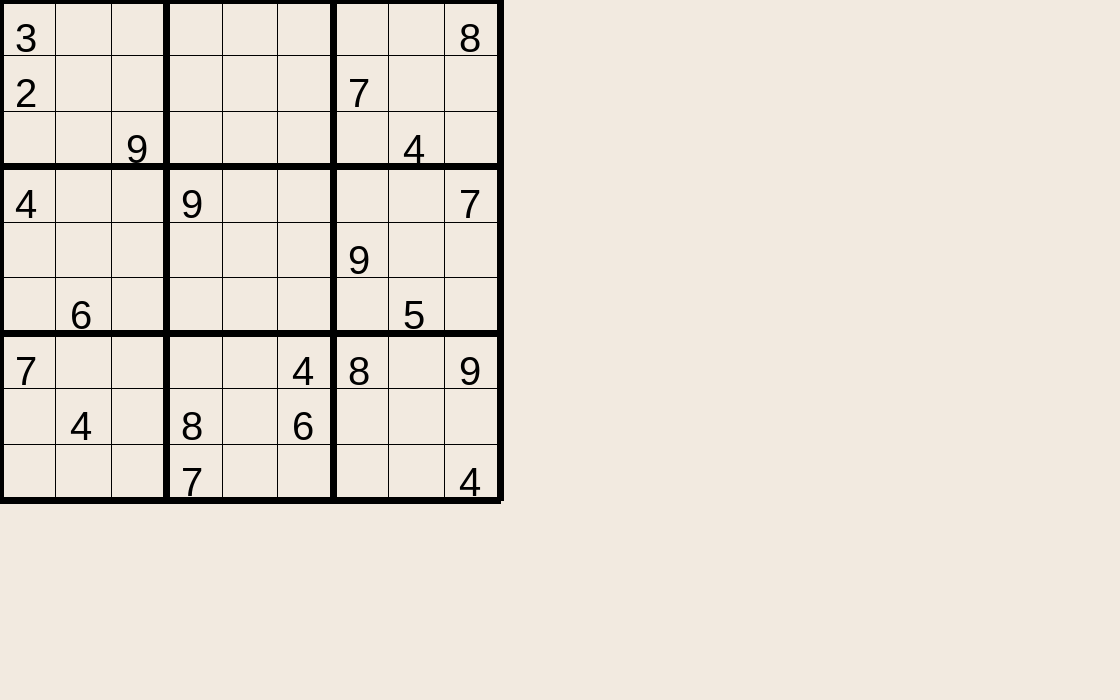
Repository: JensVL96/Puzzle-solver-for-fun
Script's output: python sudoku.py
The author's editor kept a copy of each file at every save. The script's output is drawn from the files as they stood at one save, then again after the next save.
The window is shown after at most 60 frames with no key pressed. A system font it names is replaced by a similar one. Random numbers start from a fixed seed.

Above is the script's output before, as saved 2020-10-30 01:23:25.

### sudoku.py
# -*- coding: utf-8 -*-
from __future__ import print_function
import pygame as pg
from random import sample
from config import *
from string import *
import numpy as np

dif = BOX_SIZE / 9
def get_cord(pos):
    global x
    x = pos[0]//dif
    global y
    y = pos[1]//dif

class create_board():
    def __init__(self):
        self.base  = 3  # Will generate any size of random sudoku board in O(n^2) time
        self.side  = self.base * self.base
        self.nums  = sample(range(1, self.side + 1), self.side) # random numbers
        self.board = [[self.nums[(self.base * (r%self.base) + r//self.base + c)%self.side] for c in range(self.side) ] for r in range(self.side)]
        rows  = [ r for g in sample(range(self.base),self.base) for r in sample(range(g * self.base,(g + 1) * self.base), self.base) ]
        cols  = [ c for g in sample(range(self.base),self.base) for c in sample(range(g * self.base,(g + 1) * self.base), self.base) ]
        self.board = [[self.board[r][c] for c in cols] for r in rows]

        # print("\nInput:")
        # for line in self.board: print(line)

        squares = self.side * self.side
        empties = squares * 3//4
        for p in sample(range(squares),empties):
            self.board[p//self.side][p%self.side] = 0

        self.lines()

    def expandLine(self, line):
        return line[0]+line[5:9].join([line[1:5]*(self.base-1)]*self.base)+line[9:13]

    def lines(self):
        self.line0  = self.expandLine("╔═══╤═══╦═══╗")
        self.line1  = self.expandLine("║ . │ . ║ . ║")
        self.line2  = self.expandLine("╟───┼───╫───╢")
        self.line3  = self.expandLine("╠═══╪═══╬═══╣")
        self.line4  = self.expandLine("╚═══╧═══╩═══╝")

        self.draw()

    def draw(self):
        symbol = " 1234567890ABCDEFGHIJKLMNOPQRSTUVWXYZ"
        self.nums   = [ [""]+[symbol[n] for n in row] for row in self.board ]
        print(self.line0)
        for r in range(1,self.side+1):
            print( "".join(n+s for n,s in zip(self.nums[r-1],self.line1.split("."))) )
            print([self.line2,self.line3,self.line4][(r%self.side==0)+(r%self.base==0)])

class solve_board():
    def __init__(self, board):
        self.row = []
        self.col = []
        self.cell = []
        self.row_list = []
        self.col_list = []
        self.cell_list = []

        for space in range(9):
            self.col.append([])
            self.cell.append([])

        row_idx = 0
        for line in board:

            self.row.append(line)

            cell_idx = 0
            if row_idx >= 3:
                cell_idx = 3
            if row_idx >= 6:
                cell_idx = 6


            for col_idx in range(9):

                self.col[col_idx].insert(row_idx, line[col_idx])

                if col_idx % 3 == 0:
                    for triple in range(0, 3):
                        self.cell[cell_idx].insert(len(self.cell[row_idx]) + triple, line[col_idx + triple])
                    cell_idx += 1

            self.row_list.append(self.row)
            self.col_list.append(self.col)
            self.cell_list.append(self.cell)
            row_idx += 1

        print("\nrow:")
        for row in self.row_list[0]:
            print(row)
        # print("\ncolumn:")
        # for col in self.col_list[0]:
        #     print(col)
        # print("\ncell:")
        # for cell in self.cell_list[0]:
        #     print(cell)

    def assign_flags(self, board):
        self.flags = []
        row_idx = 0
        cell_idx = 0

        print("\n")
        for line in board:
            cell_idx = 0
            if row_idx >= 3:
                cell_idx = 3
            if row_idx >= 6:
                cell_idx = 6

            for index in range(9):
                # print("position: ", index, "value: ", line[index])

                # print("row", row_idx, "col", index, "cell", cell_idx)
                if (index % 3 == 0 and index != 0):
                    cell_idx += 1

                if line[index] == 0:
                    flag_idx = 0
                    temp_flag = []
                    for value in range(1, 10):
                        # print(value)
                        if self.row_flag(value, row_idx):
                            # print("found in row")
                            pass
                        elif self.col_flag(value, index):
                            # print("found in column")
                            pass
                        elif self.cell_flag(value, cell_idx):
                            # print("found in cell")
                            pass
                        else:
                            temp_flag.append(value)
                            flag_idx += 1
                    print(temp_flag)
                    self.flags.append(temp_flag)
            row_idx += 1

    def check_row(self):
        pass

    def column(self, x):
        pass

    def cell(self, row, col):
        pass

    def row_flag(self, index, row_idx):
        for row in self.row_list[0][row_idx]:
            # print("comparing in row ", row, "with ", index, "row_idx ", row_idx)
            if row == index:
                return 1
        return 0

    def col_flag(self, index, col_idx):
        for col in self.col_list[0][col_idx]:
            # print("comparing in column ", col, "with ", index, "col_idx ", col_idx)
            if col == index:
                return 1
        return 0

    def cell_flag(self, index, cell_idx):
        for cell in self.cell_list[0][cell_idx]:
            # print("comparing in cell ", cell, "with ", index, "cell_idx ", cell_idx)
            if cell == index:
                return 1
        return 0


class Display_board():
    def __init__(self, screen):
        self.screen = screen
        self.font1 = pg.font.SysFont("comicsans", 40)
        self.dif = 500 / 9

    def draw_val(self, val):
        text1 = self.font1.render(str(val), 1, BLACK)
        self.screen.blit(text1, (x * dif + 15, y * dif + 15))

    def on_mouse_press(self, x, y, symbol, modifier):
        pass

    def draw(self, grid):
        for i in range (9):
            for j in range (9):
                if grid[i][j] != 0:

                    text1 = self.font1.render(str(grid[i][j]), 1, BLACK)
                    self.screen.blit(text1, (i * self.dif + 15, j * self.dif + 15))

        for i in range(10):
            if i %3 == 0:
                thick = 7
            else:
                thick = 1
            pg.draw.line(self.screen, BLACK, (0, i * self.dif), (500, i * self.dif), thick)
            pg.draw.line(self.screen, BLACK, (i * self.dif, 0), (i * self.dif, 500), thick)



    def draw_box(self):
        pg.draw.rect(self.screen, BLACK, (  (SCREEN_WIDTH / 2) - (BORDER_SIZE / 2),
                                            (SCREEN_HEIGHT / 2) - (BORDER_SIZE / 2),
                                            BORDER_SIZE,
                                            BORDER_SIZE))
        pg.draw.rect(self.screen, WHITE, (  (SCREEN_WIDTH / 2) - (BOX_SIZE / 2),
                                            (SCREEN_HEIGHT / 2) - (BOX_SIZE / 2),
                                            BOX_SIZE,
                                            BOX_SIZE))

    def update(self, dt):
        pass


class Main():
    def __init__(self):
        self.board = []
        self.run()

    def run(self):
        pg.init()
        self.screen = pg.display.set_mode(SCREEN_RES)
        pg.display.set_caption('Sudoku solver')

        display = Display_board(self.screen)

        flag1 = 0
        val = 0

        self.board = create_board().board
        while 1:
            for event in pg.event.get():
                if event.type == pg.QUIT or (event.type == pg.KEYDOWN and event.key == pg.K_ESCAPE):
                    exit()
                if event.type == pg.MOUSEBUTTONDOWN:
                    flag1 = 1
                    pos = pg.mouse.get_pos()
                if event.type == pg.KEYDOWN:
                    if event.key == pg.K_1:
                        val = 1
                    if event.key == pg.K_2:
                        val = 2
                    if event.key == pg.K_3:
                        val = 3
                    if event.key == pg.K_4:
                        val = 4
                    if event.key == pg.K_5:
                        val = 5
                    if event.key == pg.K_6:
                        val = 6
                    if event.key == pg.K_7:
                        val = 7
                    if event.key == pg.K_8:
                        val = 8
                    if event.key == pg.K_9:
                        val = 9

            if val != 0:
                display.draw_val(val)

                if valid(grid, int(x), int(y), val) == True:
                    grid[int(x)][int(y)] = val
                else:
                    grid[int(x)][int(y)] = 0
                    raise_error2()
                val = 0

            pg.draw.rect(self.screen, BLACK, (0, 0, self.screen.get_width(), self.screen.get_height()))
            self.screen.fill(BEIGE)

            display.draw(self.board)
            # display.draw_box()

            pg.display.update()


        self.solution = solve_board(self.board)

        self.solution.assign_flags(self.board)

if __name__ == '__main__':
    Main()

### config.py


#   Screen info
SCREEN_HEIGHT = 700
SCREEN_WIDTH = int(SCREEN_HEIGHT * 1.6)
SCREEN_RES = (SCREEN_WIDTH, SCREEN_HEIGHT)

#   Colours
BLACK = (0,0,0)
GREY = (50,50,50)
GREEN = (0,255,0)
WHITE = (255,255,255)
BEIGE = (242,234,224)

# Box info
BORDER_SIZE = 420
BOX_SIZE = 410

After the next save:
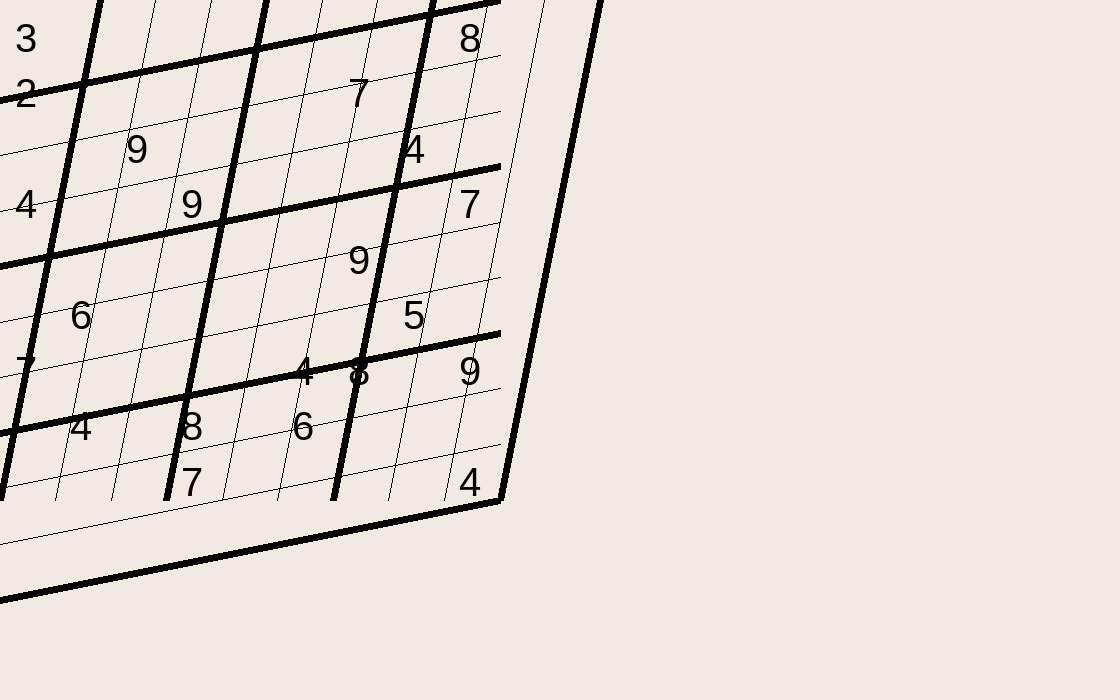
Saved 78 s later.
--- a/sudoku.py
+++ b/sudoku.py
@@ -200,8 +200,8 @@
                 thick = 7
             else:
                 thick = 1
-            pg.draw.line(self.screen, BLACK, (0, i * self.dif), (500, i * self.dif), thick)
-            pg.draw.line(self.screen, BLACK, (i * self.dif, 0), (i * self.dif, 500), thick)
+            pg.draw.line(self.screen, BLACK, (0, 100 + i * self.dif), (500, i * self.dif), thick)
+            pg.draw.line(self.screen, BLACK, (100+ i * self.dif, 0), (i * self.dif, 500), thick)
 
 
 

After the save that followed:
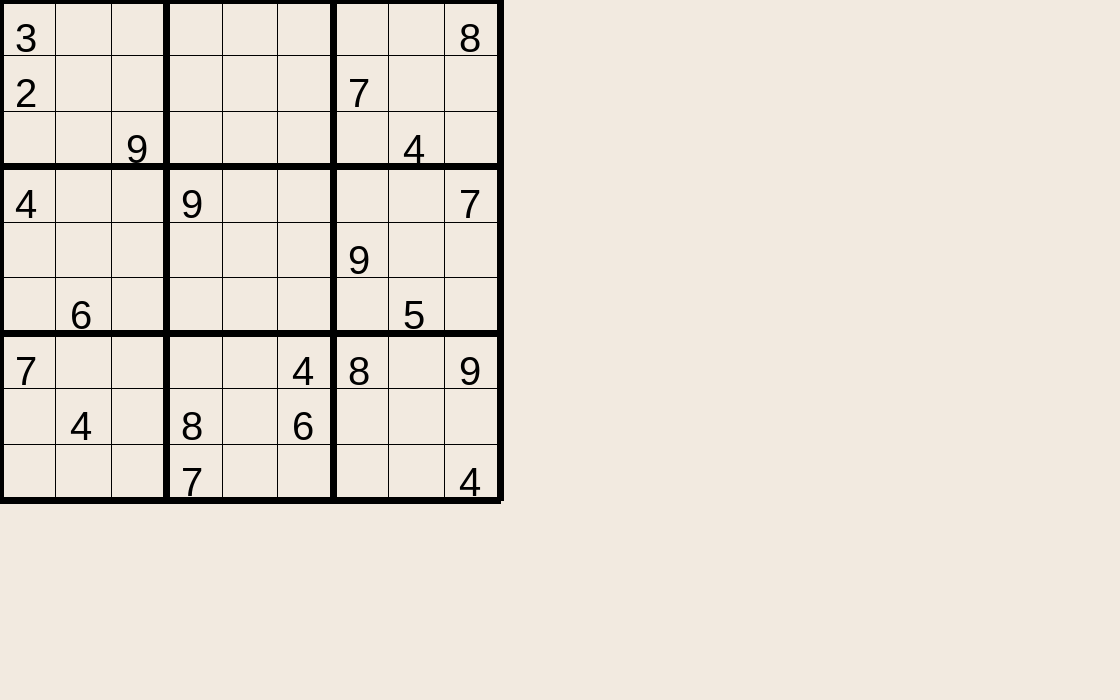
Saved 19 s later.
--- a/sudoku.py
+++ b/sudoku.py
@@ -200,8 +200,8 @@
                 thick = 7
             else:
                 thick = 1
-            pg.draw.line(self.screen, BLACK, (0, 100 + i * self.dif), (500, i * self.dif), thick)
-            pg.draw.line(self.screen, BLACK, (100+ i * self.dif, 0), (i * self.dif, 500), thick)
+            pg.draw.line(self.screen, BLACK, (0, i * self.dif), (500, i * self.dif), thick)
+            pg.draw.line(self.screen, BLACK, (i * self.dif, 0), (i * self.dif, 500), thick)
 
 
 
